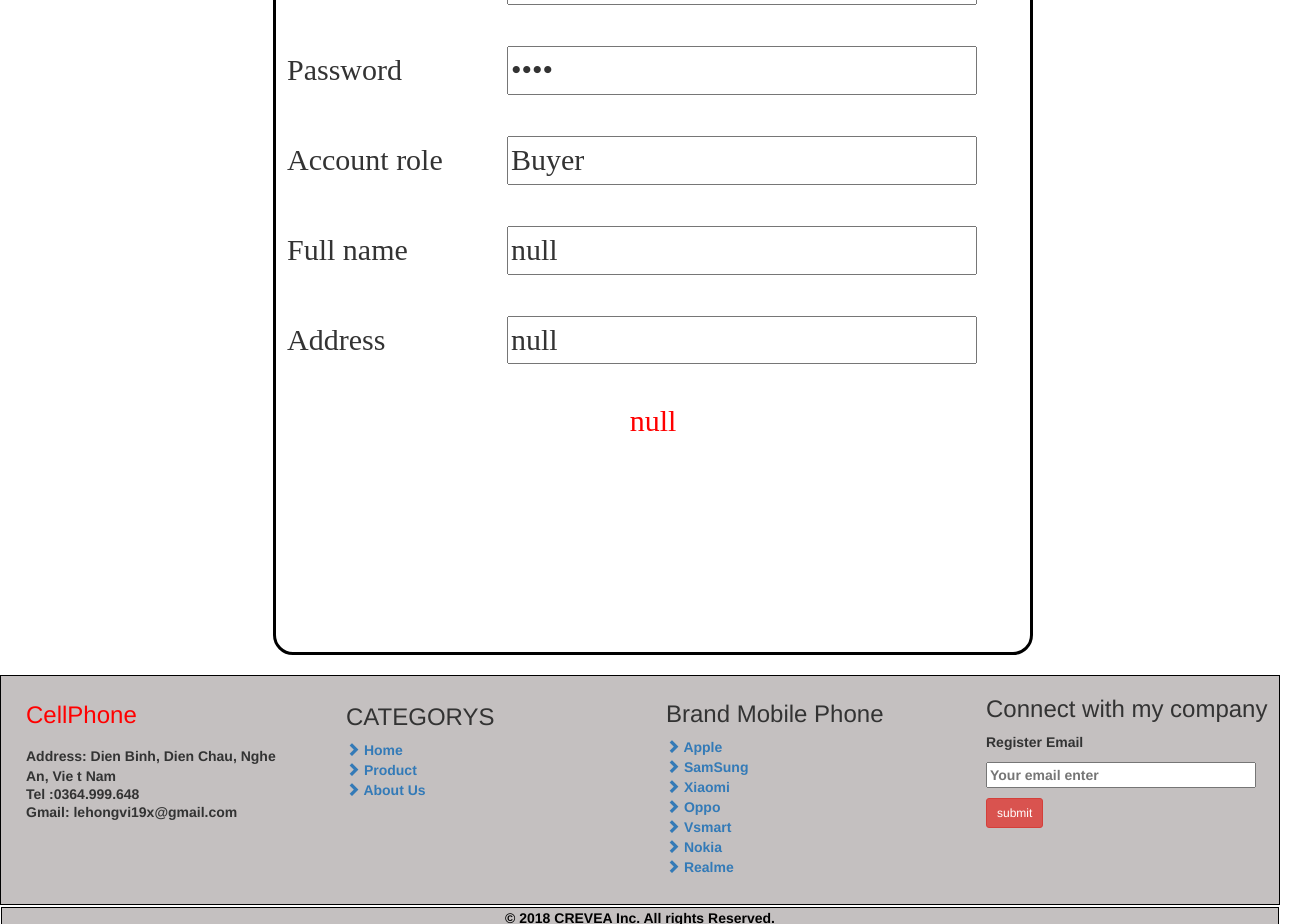
Repository: volhfx07132/Project-1
Page: http://localhost/PRJ321x_ASM3_Le_Hong_Vo/register.jsp
An editor plug-in stored every save of this project. The page is shown before and after the next save, followed by the edit.
The browser window is 1280 px wide. The page is 1296 px wide, so the pictures cover 1296 px, including what lies to the right of the window. The pictures show the part of the page from y = 597 to 1521 px (the page is 1525 px tall).
The page is served by Tomcat 9. Other server files are loaded and not shown. The template is opened directly, without the code that normally fills it, so the values that code supplies are empty.

Above is the page before, as saved 2021-09-13 16:01:21.

### PRJ321x_ASM3_Le_Hong_Vo/src/main/webapp/register.jsp
<%@ taglib prefix="c" uri="http://java.sun.com/jsp/jstl/core"%>

<!-- Hearder Hear -->
<!-- Check account email ${name_account_login}-->

<c:import url="header.jsp"></c:import>
<div class="box_login">
    <div style="height: 780px;" class="box_login_account">
         <p class="action">Create a new Account</p>

         <form action="mainController" method="post">
              <input class="input_action" type="hidden" name="action" value="doRegister">
              <table>

                 <tr class="table_action_login">
                     <td class="td_name_information">
                         Email
                     </td>
                     <td class="td_action">
                         <input class="input_action" type="email" name="email" value='<%=request.getAttribute("user_email") %>' placeholder="Email">
                     </td>
                 </tr>
                 <tr class="table_action_login">
                    <td class="td_name_information">
                        Password
                    </td>
                    <td class="td_action">
                        <input class="input_action" type="password" name="password" value='<%=request.getAttribute("password") %>' placeholder="Password">
                    </td>
                </tr>
                <tr class="table_action_login">
                    <td class="td_name_information">
                        Account role
                    </td>
                    <td class="td_action">
                        <input class="input_action" type="text" name="role" value="Buyer" placeholder="Role">
                    </td>
                </tr>
                <tr class="table_action_login">
                    <td class="td_name_information">
                        Full name
                    </td>
                    <td class="td_action">
                        <input class="input_action" type="text" name="fullName" value='<%=request.getAttribute("user_name") %>' placeholder="Full name">
                    </td>
                </tr>
                <tr class="table_action_login">
                    <td class="td_name_information">
                        Address
                    </td>
                    <td class="td_action">
                        <input class="input_action" type="text" name="address" value='<%=request.getAttribute("user_address") %>' placeholder="Address">
                    </td>
                </tr>





         </table>
            <p class="action_notification"><%=request.getAttribute("message")%></p>
         </form>
    </div>
 </div>
<!-- Body Hear -->

<!-- Footer Hear -->
<c:import url="footer.jsp"></c:import>

### PRJ321x_ASM3_Le_Hong_Vo/src/main/webapp/footer.jsp
  </div>
</div>
</table>
	<div id="abouUs" class="footer">
    <table>
       <thead>
             <tr>
                 <th>
                  <div  id="idCategory"  class="creveaInfor">
                    <h3 style="margin-bottom:30px; color: red;">CellPhone</h3>
                      <p style="margin-top: -12px;"> <strong>Address: </strong>Dien Binh, Dien Chau, Nghe An, Vie t Nam</p>
                      <p style="margin-top: -12px;"><strong>Tel</strong> :0364.999.648</p>
                      <p style="margin-top: -12px;"><strong>Gmail</strong>: lehongvi19x@gmail.com</p>
                  </div>
                 </th>

                 <th>
                  <div class="creveaInfor">
                    <h3>CATEGORYS</h3>
                          <a class="fontCategory" href="#box"> <span class="glyphicon glyphicon-chevron-right"></span> Home</a> <br>
                          <a class="fontCategory" href="#home"><span class="glyphicon glyphicon-chevron-right"></span> Product</a> <br>
                          <a class="fontCategory" href="#abouUs"><span class="glyphicon glyphicon-chevron-right"></span> About Us</a> <br>
                          <a class="fontCategory" href="#home"></span></a> <br>
                    </div>
                 </th>

                 <th>
                  <div id="idLanguage" class="creveaInfor">
                    <h3>Brand Mobile Phone</h3>
                        <!--Consumer choose language-->
                          <!--part 1 choose languege-->
                            <a class="fontCategory"  href="mainController?action=iphone&name_account=${full_name}&counter=${counter}"><span class="glyphicon glyphicon-chevron-right"></span> Apple</a> <br>
                            <a class="fontCategory"  href="mainController?action=samsung&name_account=${full_name}&counter=${counter}"><span class="glyphicon glyphicon-chevron-right"></span> SamSung</a> <br>
                            <a class="fontCategory"  href="mainController?action=xiaomi&name_account=${full_name}&counter=${counter}"><span class="glyphicon glyphicon-chevron-right"></span> Xiaomi</a> <br>
                            <a class="fontCategory"  href="mainController?action=oppo&name_account=${full_name}&counter=${counter}"><span class="glyphicon glyphicon-chevron-right"></span> Oppo</a> <br>
                            <a class="fontCategory"  href="mainController?action=vsmart&name_account=${full_name}&counter=${counter}"><span class="glyphicon glyphicon-chevron-right"></span> Vsmart</a> <br>
                            <a class="fontCategory"  href="mainController?action=nokia&name_account=${full_name}&counter=${counter}"><span class="glyphicon glyphicon-chevron-right"></span> Nokia</a> <br>
                            <a class="fontCategory"  href="mainController?action=realme&name_account=${full_name}&counter=${counter}"><span class="glyphicon glyphicon-chevron-right"></span> Realme</a> <br>
                      </div>
                 </th>

                 <th>
                  <div class="creveaInfor">
                    <h3 id="text-producter">Connect with my company</h3>
                        <p>Register Email</p>
                        <form action="">
                            <input id="inputYourEmail" required  type="text" placeholder="Your email enter" required>
                            <input id="submitButtonEgmail"  class="btn btn-danger btn-sm" type="submit" value="submit">
                        </form>
                    </div>
                 </th>
             </tr>
       </thead>
    </table>
    <div class="box_underline">
      <p>© 2018 CREVEA Inc. All rights Reserved.</p>
    </div>
  </div>


</body>
</html>

### PRJ321x_ASM3_Le_Hong_Vo/src/main/webapp/Style/body.css
@charset "ISO-8859-1";

table, tr {
	margin-bottom: 10px;
}

td {
	width: 320px;
	height: 350px;
	border: 0.5px solid black;
	border-radius: 10px;
	text-align: center;
}

.box_phone_title {
	margin: auto;
}

.box_information {
	margin-left: 13px;
}

.hot_sale {
	float: left;
	position: relative;
}

.image_phone {
	width: 200px;
	height: 200px;
	position: relative;
}

.button_sale {
	width: 60px;
	height: 50px;
	position: relative;
	background: linear-gradient(to right, blue, #ffad06);
	top: -75px;
	color: white;
	font-size: 20px;
	border-radius: 50%;
}

.name_phone {
	font-size: 20px;
	font-weight: bold;
}

.price_phone {
	font-size: 23px;
	color: red;
	font-weight: bold;
}

.star {
	width: 20px;
	height: 20px;
	float: left;
}

.text_reviewer {
	font-weight: bold;
	float: left;
	position: relative;
	top: 0px;
}

.box_hotSale {
	height: 320px;
	text-align: center;
	background: linear-gradient(to right, #ff105f, #ffad06);
	margin-bottom: 20px;
	margin-top: -20px;
}

.tr_hotSale {
	width: 660px;
	height: 143px;
	border: 0px;
	margin-bottom: 10px;
	border-radius: 10px;
	text-align: center;
}

.image_hotSale {
	width: 647px;
	margin-top: 10px;
	height: 143px;
	border-radius: 20px;
}

.logo_image {
	width: 50px;
	height: 50px;
}

.button_brand {
	height: 50px;
	border-radius: 10px;
	text-align: center;
	margin-bottom: 30px;
}

.td_brand {
	height: 50px;
	width: 200px;
	margin: 10px;
	border: 0px;
	margin-right: 10px;
	text-align: center;
}

.input_brand {
	height: 60px;
	width: 180px;
	border: 3px solid green;
	border-radius: 20px;
}

.footer {
	width: 100%;
	border: 1px solid black;
	position: relative;
	background-color: rgb(196, 192, 192);
	height: 230px;
	margin: auto;
}

.div-image-address {
	text-align: center;
}

.text-infor {
	font-size: 20px;
	color: red;
	font-family: 'Gill Sans', 'Gill Sans MT', Calibri, 'Trebuchet MS',
		sans-serif;
	text-decoration: underline;
	text-decoration-color: aqua;
}

.div-image-cart {
	background-color: rgb(196, 192, 192);
	width: 100%;
	height: 40px;
	margin: 5px 0px 5px 0px;
	text-align: center;
}

.creveaInfor {
	width: 250px;
	position: relative;
	margin: -30px 60px 10px 10px;
	top: -20px;
}

#inputYourEmail {
	margin-bottom: 10px;
	width: 270px;
}

#idCategory {
	margin-left: 25px;
}

#idLanguage {
	margin-top: 45px;
}

.div-shose {
	width: 100px;
	height: 80px;
	margin: 0px 10px 0px 10px;
	border: 2px solid blue;
}

.text-infor-trend {
	font-size: 30px;
	color: rgb(4, 0, 255);
	font-family: 'Gill Sans', 'Gill Sans MT', Calibri, 'Trebuchet MS',
		sans-serif;
	text-decoration: underline;
	text-align: center;
	text-decoration-color: rgb(255, 0, 0);
}

.text-shose {
	width: 150px;
	height: 30px;
	text-align: center;
	margin: 0px 100px 0px 10px;
}

.text-top {
	text-align: center;
	font-size: 20px;
	color: rgb(4, 0, 255);
}

.link-address {
	width: 100px;
	margin-top: 10px;
	text-align: center;
	font-size: 15px;
	color: black;
}

.div-shose-tredning {
	width: 128px;
	height: 100px;
	text-decoration: un;
	margin: 0px 10px 0px 10px;
	border: 2px solid rgb(0, 0, 0);
}

#text-producter {
	width: 300px;
}

.box_underline {
	width: 100%;
	height: 20px;
	position: relative;
	text-align:center;
	color:black;
	font-weight:bold;
	top: -10px;
	background-color: rgb(196, 192, 192);
	border: 1px solid black;
}
.img_dataBasesX{
	width: 200px;
	height: 200px;
}
#search_by{
  background: white;
  color:black;
}
.box_product_phone{
	width: 98%;
	height: 450px;
	margin-bottom: 20px;
	border: 3px solid black;
	border-radius: 20px;
}
.box_phone_image{
	width: 40%;
	height: 100%;
}
.box_phone_img{
	width:100%;
	height: 100%;
}
.box_phone_informtion{
	width: 57%;
	height: 100%;
	position: relative;
	top:-450px;
	border-right:15px;
	left: 520px;
}
.box_div_name{
	 margin: 0px 10px 10px 10px;
	width: 200px;
	text-align:left;
	height: 50px;
	border:1px solid white;
	color: red;
}
.box_div_value{
	 margin: 0px 10px 10px 10px;
	width: 500px;
	text-align:left;
	height: 50px;
	position: relative;
	top:-240px;
	left: 220px;
	border:1px solid white;
}
#box_div_value_infor{
	 margin: 0px 10px 10px 10px;
	width: 500px;
	height: 140px;
	position: relative;
	top:-240px;
	left: 220px;
	text-align:left;
	border:1px solid white;
}
#input_submit_product{
    margin: -10px 10px 0px 10px;
	width: 200px;
	height: 50px;
	border:1px solid white;
	position: relative;
	top:-240px;
	right:-300px;
	font-size:30px;
	background:pink;
}
.name_phone_product{
	width: 100%;
	text-align:center;
	height: 50px;
}
.box_login_web{
	width: 50%;
	height: 490px;
	margin-bottom: 20px;
	border: 3px solid black;
	border-radius: 20px;
	position: relative;
	right:-320px;
	font-family: 'Times New Roman', Times, serif;
	padding: 10px;
}
.action{
	text-align: center;
	font-size: 40px;
	color: blue;
}
.action_notification{
	text-align: center;
	font-size: 30px;
	color: red;
	margin-top: -15px;
}
.table_action_login{
	position: relative;
	bottom: 20px;

}
.td_name{
	width: 100px;
	height:50px;
	border: 0.5px solid white;
	border-radius: 10px;
	text-align: left;
	font-size: 30px;
	margin-right: 10px;
}
.td_action{
	width: 470px;
	height:50px;
	border: 0.5px solid white;
	border-radius: 10px;
	text-align: left;
}
.input_action{
	font-size: 30px;
	width: 470px;
	margin: 20px;
}
.box_space{
	width: 20px;
	height: 20px;
	position: relative;
	background-color: #ff105f;
}
.input_action_button{
	font-size: 30px;
	width: 360px;
	margin: 20px;
	background-color: blue;
	color: white;
}
.box_login_account{
	width: 60%;
	height: 700px;
	margin-bottom: 20px;
	border: 3px solid black;
	border-radius: 20px;
	position: relative;
	right:-260px;
	font-family: 'Times New Roman', Times, serif;
	padding: 10px;
}
.td_name_information{
	width: 200px;
	height:50px;
	border: 0.5px solid white;
	border-radius: 10px;
	text-align: left;
	font-size: 30px;
	margin-right: 10px;
}
.name_phone_product_items{
	width: 100%;
	text-align:center;
	height: 50px;
}

Loaded but not shown: PRJ321x_ASM3_Le_Hong_Vo/src/main/webapp/header.jsp (159 lines, source omitted)

After the next save:
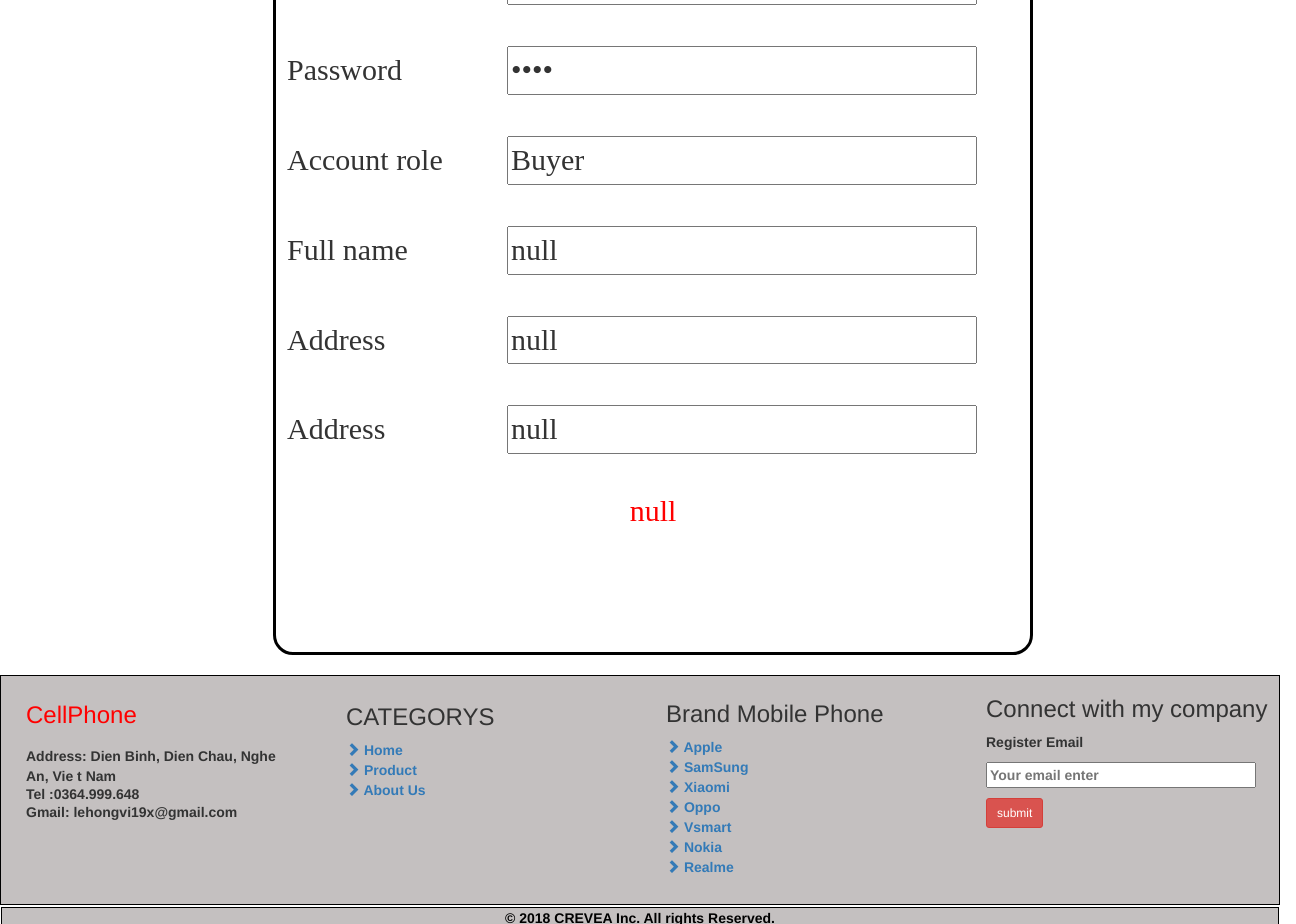
Saved 23 s later.
--- a/PRJ321x_ASM3_Le_Hong_Vo/src/main/webapp/register.jsp
+++ b/PRJ321x_ASM3_Le_Hong_Vo/src/main/webapp/register.jsp
@@ -52,6 +52,14 @@
                         <input class="input_action" type="text" name="address" value='<%=request.getAttribute("user_address") %>' placeholder="Address">
                     </td>
                 </tr>
+                 <tr class="table_action_login">
+                    <td class="td_name_information">
+                        Address
+                    </td>
+                    <td class="td_action">
+                        <input class="input_action" type="text" name="address" value='<%=request.getAttribute("user_address") %>' placeholder="Address">
+                    </td>
+                </tr>
 
 
 

After the save that followed:
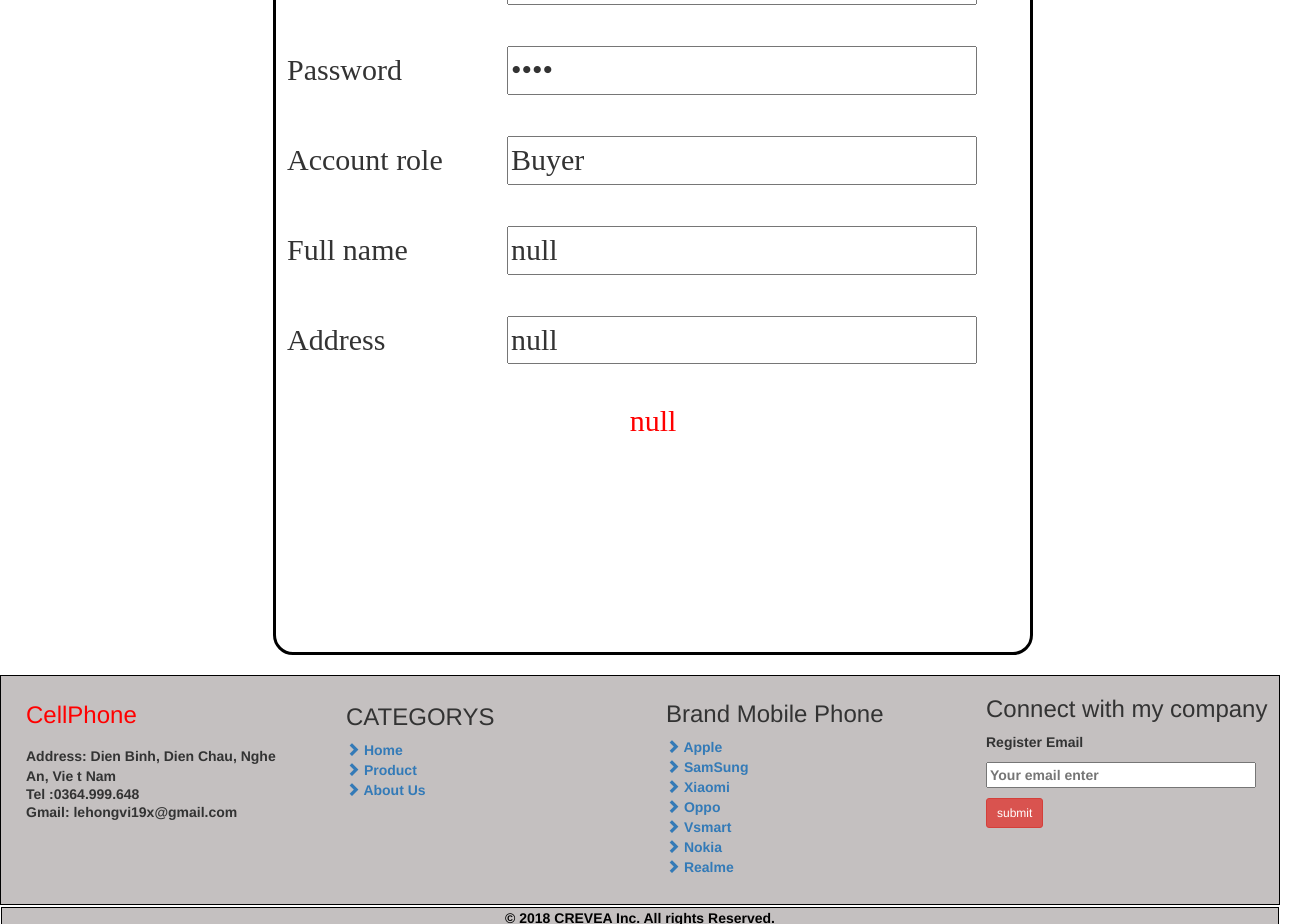
Saved 17 s later.
--- a/PRJ321x_ASM3_Le_Hong_Vo/src/main/webapp/register.jsp
+++ b/PRJ321x_ASM3_Le_Hong_Vo/src/main/webapp/register.jsp
@@ -52,14 +52,7 @@
                         <input class="input_action" type="text" name="address" value='<%=request.getAttribute("user_address") %>' placeholder="Address">
                     </td>
                 </tr>
-                 <tr class="table_action_login">
-                    <td class="td_name_information">
-                        Address
-                    </td>
-                    <td class="td_action">
-                        <input class="input_action" type="text" name="address" value='<%=request.getAttribute("user_address") %>' placeholder="Address">
-                    </td>
-                </tr>
+
 
 
 
